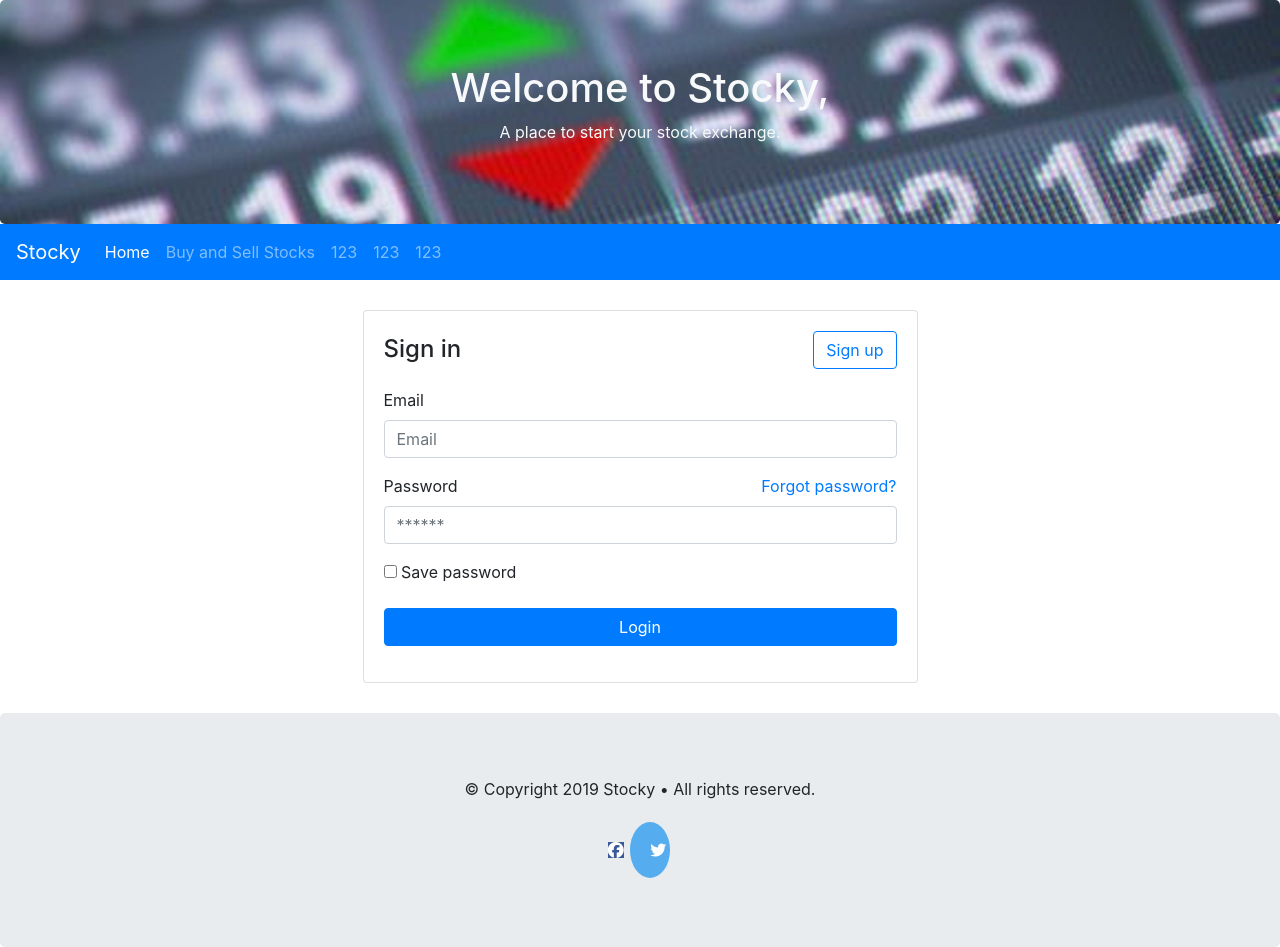
Repository: madfufuu/stocky
Page: http://localhost/stocky/index.jsp
The author's editor kept a copy of each file at every save. The page is drawn from the files as they stood at one save, then again after the next save.
The browser window is 1280 px wide. The pictures show the whole page.
Some web libraries are served in a nearby version. The page is served by Tomcat 9.

Above is the page before, as saved 2019-11-27 23:24:15.

After the next save:
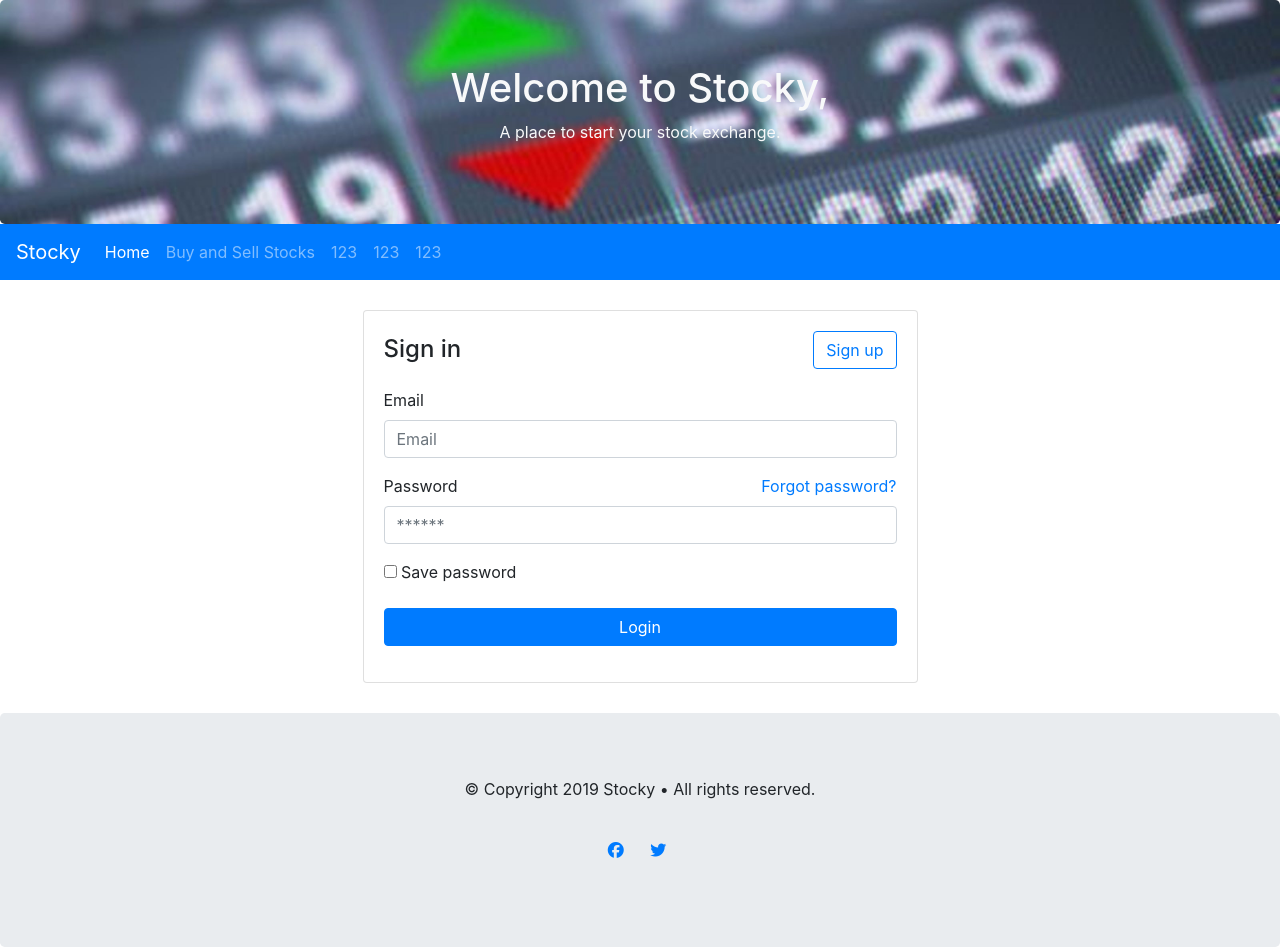
Saved 69 s later.
--- a/stocky-new-master/stocky/WebContent/style.css
+++ b/stocky-new-master/stocky/WebContent/style.css
@@ -27,38 +27,3 @@
 .fa:hover {
     opacity: 0.7;
 }
-
-.fa-facebook {
-  background: #3B5998;
-  color: white;
-}
-
-.fa-twitter {
-  background: #55ACEE;
-  color: white;
-}
-
-.fa-google {
-  background: #dd4b39;
-  color: white;
-}
-
-.fa-linkedin {
-  background: #007bb5;
-  color: white;
-}
-
-.fa-youtube {
-  background: #bb0000;
-  color: white;
-}
-
-.fa-instagram {
-  background: #125688;
-  color: white;
-}
-
-.fa-pinterest {
-  background: #cb2027;
-  color: white;
-}
